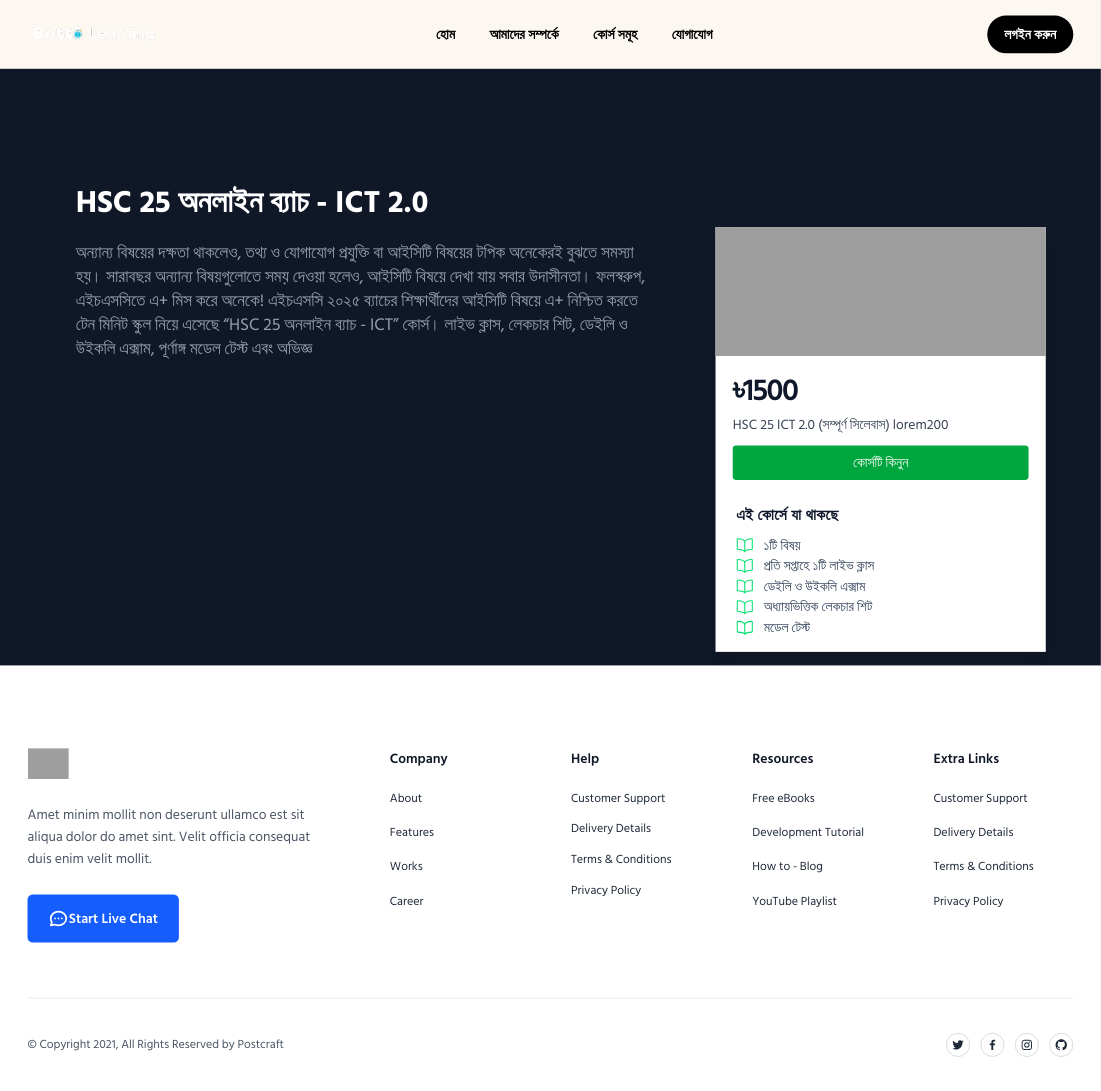
Repository: Ruddro420/course-selling
Page: /single-course
An editor plug-in stored every save of this project. The page is shown before and after the next save, followed by the edit.
The browser window is 1280 px wide. The pictures show the whole page, at 86% of full size.
Pictures or frames that could not be fetched are drawn as grey boxes. The project was rebuilt for these pictures with package versions that can differ from the ones it lists, and the page was loaded fresh each time. Also part of the build but not shown: vite.config.js, src/components/AboutSection.jsx, src/components/ContactSection.jsx, src/components/CourseSection.jsx, src/components/Hero.jsx, src/components/TeamSection.jsx, src/components/WhyUsSection.jsx, src/pages/Home.jsx and 2 more.

Above is the page before, as saved 2025-02-06 03:30:12.

### index.html
<!doctype html>
<html lang="en">

<head>
  <meta charset="UTF-8" />
  <link rel="icon" type="image/svg+xml" href="/img/fav-icon.jpg" />
  <meta name="viewport" content="width=device-width, initial-scale=1.0" />
  <link rel="preconnect" href="https://fonts.googleapis.com">
  <link rel="preconnect" href="https://fonts.gstatic.com" crossorigin>
  <link href="https://fonts.googleapis.com/css2?family=Hind+Siliguri:wght@300;400;500;600;700&display=swap"
    rel="stylesheet">
  <title>Britto Learning</title>
</head>

<body>
  <div id="root"></div>
  <script type="module" src="/src/main.jsx"></script>
</body>

</html>

### src/main.jsx
import { StrictMode } from 'react'
import { createRoot } from 'react-dom/client'
import './index.css'
import {
  createBrowserRouter,
  RouterProvider,
} from "react-router-dom";
import Home from './pages/Home.jsx';
import MainLayout from './MainLayout/MainLayout.jsx';
import LoginPage from './pages/LoginPage.jsx';
import AuthPage from './pages/AuthPage.jsx';
import CoursePage from './pages/CoursePage.jsx';

const router = createBrowserRouter([
  {
    path: "/",
    element: <MainLayout />,
    children: [
      {
        path: '/',
        element: <Home />
      },
      {
        path: '/single-course',
        element: <CoursePage />
      }
    ]
  },
  {
    path: '/login',
    element: <LoginPage />
  },
  {
    path: '/register',
    element: <AuthPage />
  }
]);

createRoot(document.getElementById('root')).render(
  <StrictMode>
    <RouterProvider router={router} />
  </StrictMode>,
)

### src/index.css
@import "tailwindcss";
/* Hind Siliguri Font */
@import url('https://fonts.googleapis.com/css2?family=Hind+Siliguri:wght@300;400;500;600;700&display=swap');

/* Basic Setup */
body {
  font-family: "Hind Siliguri", serif!important;
}

### src/MainLayout/MainLayout.jsx
import { Outlet } from "react-router-dom";
import Header from "../components/Header";
import MainFooter from "../components/MainFooter";

const MainLayout = () => {
    return (
        <div>
            <Header />
            <Outlet />
            <MainFooter />
        </div>
    );
};

export default MainLayout;

### src/pages/CoursePage.jsx

import CourseHero from '../components/courseComponent/CourseHero';

const CoursePage = () => {
  return (
    <>
      <CourseHero />
    </>
  );
};

export default CoursePage;

### src/components/Header.jsx
import { Link } from "react-router-dom";

const Header = () => {
    return (
        <div>
            <header className="bg-[#FCF8F1] bg-opacity-30">
                <div className="px-4 mx-auto sm:px-6 lg:px-8">
                    <div className="flex items-center justify-between h-16 lg:h-20">
                        <div className="flex-shrink-0">
                            <a href="#" title="" className="flex">
                                <img className="w-auto h-8" src="../../img/logo.png" alt="" />
                            </a>
                        </div>

                        <button type="button" className="inline-flex p-2 text-black transition-all duration-200 rounded-md lg:hidden focus:bg-gray-100 hover:bg-gray-100">
                            {/*    <!-- Menu open: "hidden", Menu closed: "block" --> */}
                            <svg className="block w-6 h-6" xmlns="http://www.w3.org/2000/svg" fill="none" viewBox="0 0 24 24" stroke="currentColor">
                                <path strokeLinecap="round" strokeLinejoin="round" strokeWidth="2" d="M4 8h16M4 16h16"></path>
                            </svg>

                            {/*  <!-- Menu open: "block", Menu closed: "hidden" --> */}
                            <svg className="hidden w-6 h-6" xmlns="http://www.w3.org/2000/svg" fill="none" viewBox="0 0 24 24" stroke="currentColor">
                                <path strokeLinecap="round" strokeLinejoin="round" strokeWidth="2" d="M6 18L18 6M6 6l12 12"></path>
                            </svg>
                        </button>

                        <div className="hidden lg:flex lg:items-center lg:justify-center lg:space-x-10">
                            <a href="#" title="" className="text-base text-black transition-all duration-200 hover:text-opacity-80 font-bold"> হোম </a>

                            <a href="#" title="" className="text-base text-black transition-all duration-200 hover:text-opacity-80 font-bold"> আমাদের সম্পর্কে </a>

                            <a href="#" title="" className="text-base text-black transition-all duration-200 hover:text-opacity-80 font-bold"> কোর্স সমূহ </a>

                            <a href="#" title="" className="text-base text-black transition-all duration-200 hover:text-opacity-80 font-bold"> যোগাযোগ </a>
                        </div>

                        <Link to='/login' href="#" title="" className="hidden lg:inline-flex items-center justify-center px-5 py-2.5 text-base transition-all duration-200 hover:bg-yellow-300 hover:text-black focus:text-black focus:bg-yellow-300 font-semibold text-white bg-black rounded-full" role="button"> লগইন করুন </Link>
                    </div>
                </div>
            </header>
        </div>
    );
};

export default Header;

### src/components/courseComponent/CourseHero.jsx
import { IoBookOutline } from "react-icons/io5";

const CourseHero = () => {
  return (
    <div className="">
      <div className="bg-gray-900 course-hero-section  flex items-center justify-between mx-auto p-4 ">
        <div className="container mx-auto mt-10 max-w-screen-xl md:px-12">
          <div className="flex flex-col course-hero md:flex-row md:gap-12">

            <div className="md:w-1/2 lg:w-2/3 pt-20 px-6 flex-grow hero-cards">
              <h1 className=" md:text-4xl text-xl text-white font-bold mb-6">
                HSC 25 অনলাইন ব্যাচ - ICT 2.0
              </h1>
              <p className="text-md md:text-xl lg:text-xl text-gray-400 mb-8">
                অন্যান্য বিষয়ের দক্ষতা থাকলেও, তথ্য ও যোগাযোগ প্রযুক্তি বা
                আইসিটি বিষয়ের টপিক অনেকেরই বুঝতে সমস্যা হয়। সারাবছর অন্যান্য
                বিষয়গুলোতে সময় দেওয়া হলেও, আইসিটি বিষয়ে দেখা যায় সবার উদাসীনতা।
                ফলস্বরুপ, এইচএসসিতে এ+ মিস করে অনেকে! এইচএসসি ২০২৫ ব্যাচের
                শিক্ষার্থীদের আইসিটি বিষয়ে এ+ নিশ্চিত করতে টেন মিনিট স্কুল নিয়ে
                এসেছে “HSC 25 অনলাইন ব্যাচ - ICT” কোর্স। লাইভ ক্লাস, লেকচার শিট,
                ডেইলি ও উইকলি এক্সাম, পূর্ণাঙ্গ মডেল টেস্ট এবং অভিজ্ঞ
              </p>
            </div>

            <div className="md:w-1/2 lg:w-1/3 z-40  pt-20  md:mt-12  flex-shrink-0 hero-cards hero-cards2">
              <div className="max-w-md pb-4  bg-white  border-gray-200 dark:bg-gray-800 dark:border-gray-700  shadow-lg main-card">
                <a href="#">
                  <iframe
                    className="w-full card-vedio"
                    src="https://www.youtube.com/embed/IjlYXtI2-GU?si=gBJ8wmkM5Jta3u4m"
                    title="YouTube video player"
                    frameBorder="0"
                    allow="accelerometer; autoplay; clipboard-write; encrypted-media; gyroscope; picture-in-picture; web-share"
                    referrerPolicy="strict-origin-when-cross-origin"
                    allowFullScreen
                  ></iframe>
                </a>
                {/* Fee-container */}
                <div className="suggestion-pricing dark:text-white">
                  <div className="p-5">
                    <a href="#">
                      <h5 className="mb-2 text-2xl font-bold tracking-tight text-gray-900 dark:text-white">
                        <span className="text-4xl font-semibold text-slate-900 tracking-tighter">
                          ৳1500
                        </span>
                      </h5>
                    </a>
                    <p className="mb-3 font-normal dark:text-white text-gray-700">
                      HSC 25 ICT 2.0 (সম্পূর্ণ সিলেবাস) lorem200
                    </p>
                    <button className="bg-green-600 whitespace-nowrap text-center md:w-full w-full rounded py-2 lg:py-2 text-white ">
                      কোর্সটি কিনুন
                    </button>
                  </div>

                  <div className="">
                    <h3 className="text-lg  font-bold text-slate-900 tracking-wide uppercase px-6 py-2">
                      এই কোর্সে যা থাকছে
                    </h3>
                    <li className="flex space-x-3 items-center px-6">
                      <IoBookOutline className="flex-shrink-0  h-5 w-5 text-green-400" />
                      <span className="text-base text-slate-700">১টি বিষয়</span>
                    </li>
                    <li className="flex space-x-3 items-center px-6">
                      <IoBookOutline className="flex-shrink-0  h-5 w-5 text-green-400" />
                      <span className="text-base text-slate-700">
                        প্রতি সপ্তাহে ১টি লাইভ ক্লাস
                      </span>
                    </li>
                    <li className="flex space-x-3 items-center px-6">
                      <IoBookOutline className="flex-shrink-0  h-5 w-5 text-green-400" />
                      <span className="text-base text-slate-700">
                        ডেইলি ও উইকলি এক্সাম
                      </span>
                    </li>
                    <li className="flex space-x-3 items-center px-6">
                      <IoBookOutline className="flex-shrink-0  h-5 w-5 text-green-400" />
                      <span className="text-base text-slate-700">
                        অধ্যায়ভিত্তিক লেকচার শিট
                      </span>
                    </li>
                    <li className="flex space-x-3 items-center px-6">
                      <IoBookOutline className="flex-shrink-0  h-5 w-5 text-green-400" />
                      <span className="text-base text-slate-700">
                        মডেল টেস্ট
                      </span>
                    </li>
                  </div>
                </div>
              </div>
            </div>


          </div>
        </div>
      </div>
    </div>
  );
};

export default CourseHero;

Loaded but not shown: src/components/MainFooter.jsx (182 lines, source omitted)

After the next save:
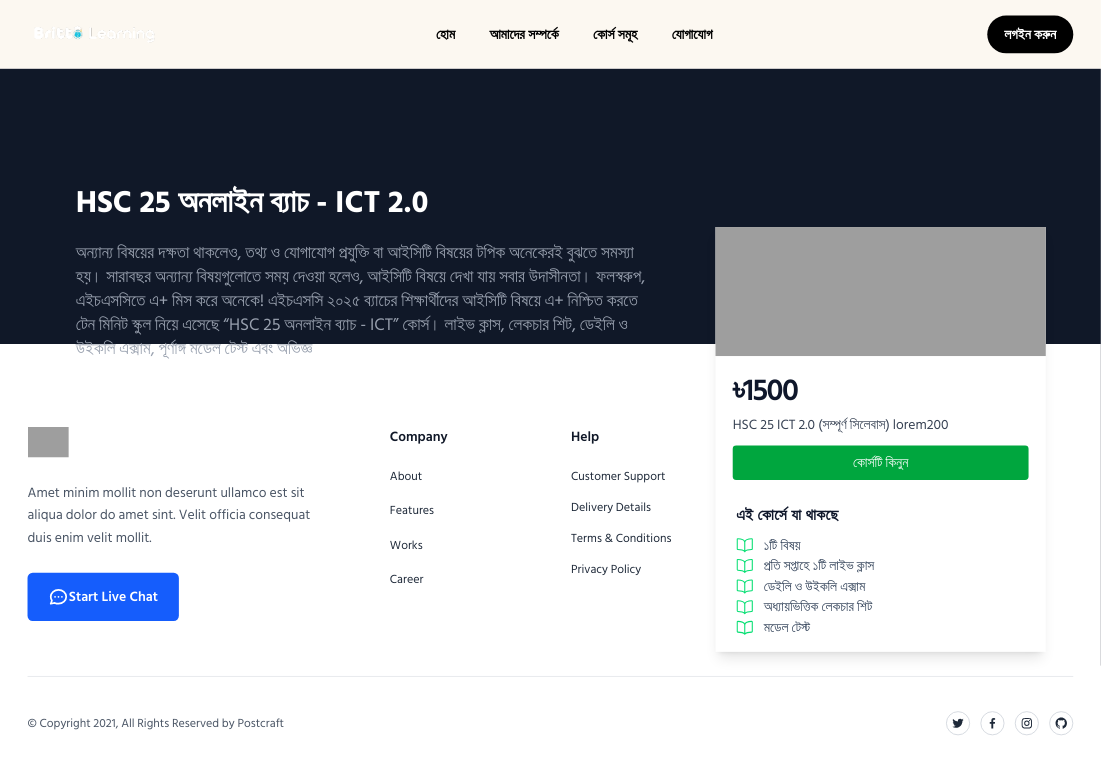
Saved 12 min 36 s later.
--- a/src/components/courseComponent/CourseHero.jsx
+++ b/src/components/courseComponent/CourseHero.jsx
@@ -2,8 +2,8 @@ import { IoBookOutline } from "react-icons/io5";
 
 const CourseHero = () => {
   return (
-    <div className="">
-      <div className="bg-gray-900 course-hero-section  flex items-center justify-between mx-auto p-4 ">
+    <div className="h-80">
+      <div className="bg-gray-900 course-hero-section flex items-center justify-between mx-auto p-4 ">
         <div className="container mx-auto mt-10 max-w-screen-xl md:px-12">
           <div className="flex flex-col course-hero md:flex-row md:gap-12">
 
